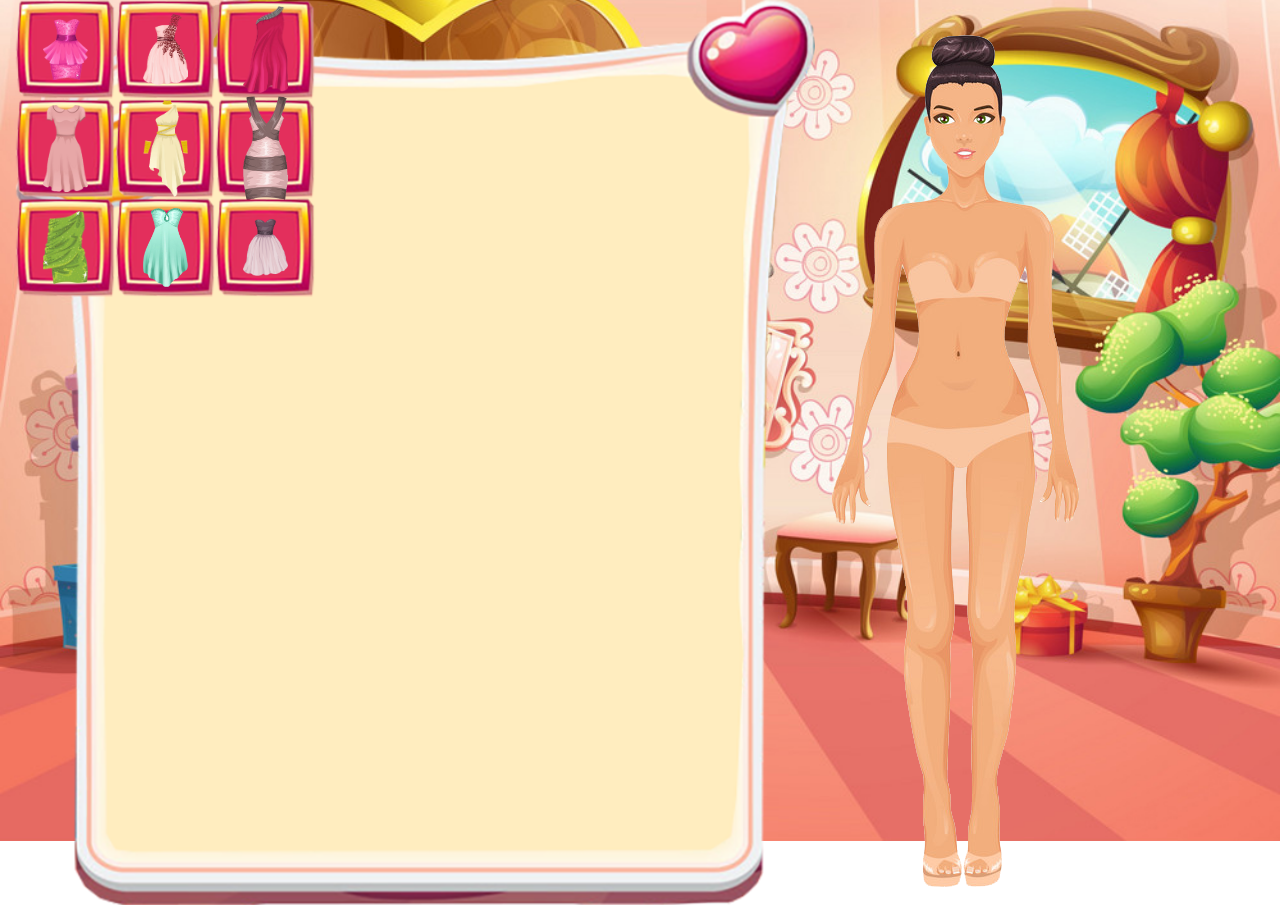
Repository: bunbubam/GameThayDoReactjs_NguyenKhacNghia
Page: /
The author's editor kept a copy of each file at every save. The page is drawn from the files as they stood at one save, then again after the next save.
The browser window is 1280 px wide. The pictures show the whole page.
The project was rebuilt for these pictures with package versions that can differ from the ones it lists, and the page was loaded fresh each time.

Above is the page before, as saved 2022-03-30 16:00:31.

### public/index.html
<!doctype html>
<html lang="en">
  <head>
    <title>GameThaydo</title>
    <!-- Required meta tags -->
    <meta charset="utf-8">
    <meta name="viewport" content="width=device-width, initial-scale=1, shrink-to-fit=no">

    <!-- Bootstrap CSS -->
    <link rel="stylesheet" href="https://stackpath.bootstrapcdn.com/bootstrap/4.3.1/css/bootstrap.min.css" integrity="sha384-ggOyR0iXCbMQv3Xipma34MD+dH/1fQ784/j6cY/iJTQUOhcWr7x9JvoRxT2MZw1T" crossorigin="anonymous">
  </head>
  <body>
    <div id="root"></div>
    <!-- Optional JavaScript -->
    <!-- jQuery first, then Popper.js, then Bootstrap JS -->
    <script src="https://code.jquery.com/jquery-3.3.1.slim.min.js" integrity="sha384-q8i/X+965DzO0rT7abK41JStQIAqVgRVzpbzo5smXKp4YfRvH+8abtTE1Pi6jizo" crossorigin="anonymous"></script>
    <script src="https://cdnjs.cloudflare.com/ajax/libs/popper.js/1.14.7/umd/popper.min.js" integrity="sha384-UO2eT0CpHqdSJQ6hJty5KVphtPhzWj9WO1clHTMGa3JDZwrnQq4sF86dIHNDz0W1" crossorigin="anonymous"></script>
    <script src="https://stackpath.bootstrapcdn.com/bootstrap/4.3.1/js/bootstrap.min.js" integrity="sha384-JjSmVgyd0p3pXB1rRibZUAYoIIy6OrQ6VrjIEaFf/nJGzIxFDsf4x0xIM+B07jRM" crossorigin="anonymous"></script>
  </body>
</html>

### src/App.js
import logo from './logo.svg';
import './App.css';
import Dress from './gamethaydo/dress';

function App() {
  return (
    <Dress></Dress>
  );
}

export default App;

### src/App.css
body {
    background: url(gamethaydo/images/dress-room.jpg) no-repeat;
    background-position: 50% 53%;
    background-size: cover;
}
.dress-main .row {height: 100vh;}
.girl img {
    position: absolute;
    bottom: 2%;
    left: 30%;
}
.clothing-box {
    background: url(gamethaydo/images/box.png) no-repeat;
    background-position: 50% 50%;
    background-size: cover;
    width: 800px;
    height: 905px;
}
.clothing-item {
    background: url(gamethaydo/images/menu.png) no-repeat;
    width: 100px;
    height: 99px;
}
.clothing-item img {width: 45%;}

### src/gamethaydo/dress.js
import React, {Component} from 'react';
import Girl from './images/girl.png';
import Clothing1 from './images/trangphuc1.png';
import Clothing2 from './images/trangphuc2.png';
import Clothing3 from './images/trangphuc3.png';
import Clothing4 from './images/trangphuc4.png';
import Clothing5 from './images/trangphuc5.png';
import Clothing6 from './images/trangphuc6.png';
import Clothing7 from './images/trangphuc7.png';
import Clothing8 from './images/trangphuc8.png';
import Clothing9 from './images/trangphuc9.png';
import Clothing10 from './images/trangphuc10.png';

class Dress extends Component {
    state = {
        girl : Girl,
        clothing : Girl

    }
changeClothing = (imgs) => {
        return(
            this.setState({
                clothing : imgs
            })
        )
    }
    render() {
        return(
            <div className='container-fluid'>
                <div className='dress-main'>
                    <div className='row'>
                        <div className='col-12 col-xl-6 block-left'>
                            <div className='clothing-box position-relative'>
                                <div className='clothing-flex d-flex flex-direction-row justify-content-space-around lign-items-baseline'>
                                    <div className='clothing-item d-flex flex-direction-row justify-content-center align-items-center'>
                                        <img onClick={()=>this.changeClothing(Clothing1)} src={require('./images/trangphuc1.png')} className='img-fluid'/>
                                    </div>
                                    <div className='clothing-item d-flex flex-direction-row justify-content-center align-items-center'>
                                        <img onClick={()=>this.changeClothing(Clothing2)} src={require('./images/trangphuc2.png')} className='img-fluid'/>
                                    </div>
                                    <div className='clothing-item d-flex flex-direction-row justify-content-center align-items-center'>
                                        <img onClick={()=>this.changeClothing(Clothing3)} src={require('./images/trangphuc3.png')} className='img-fluid'/>
                                    </div>
                                </div>
                                <div className='clothing-flex d-flex flex-direction-row justify-content-space-around lign-items-baseline'>
                                    <div className='clothing-item d-flex flex-direction-row justify-content-center align-items-center'>
                                        <img onClick={()=>this.changeClothing(Clothing4)} src={require('./images/trangphuc4.png')} className='img-fluid'/>
                                    </div>
                                    <div className='clothing-item d-flex flex-direction-row justify-content-center align-items-center'>
                                        <img onClick={()=>this.changeClothing(Clothing10)} src={require('./images/trangphuc10.png')} className='img-fluid'/>
                                    </div>
                                    <div className='clothing-item d-flex flex-direction-row justify-content-center align-items-center'>
                                        <img onClick={()=>this.changeClothing(Clothing6)} src={require('./images/trangphuc6.png')} className='img-fluid'/>
                                    </div>
                                </div>
                                <div className='clothing-flex d-flex flex-direction-row justify-content-space-around lign-items-baseline'>
                                    <div className='clothing-item d-flex flex-direction-row justify-content-center align-items-center'>
                                        <img onClick={()=>this.changeClothing(Clothing7)} src={require('./images/trangphuc7.png')} className='img-fluid'/>
                                    </div>
                                    <div className='clothing-item d-flex flex-direction-row justify-content-center align-items-center'>
                                        <img onClick={()=>this.changeClothing(Clothing8)} src={require('./images/trangphuc8.png')} className='img-fluid'/>
                                    </div>
                                    <div className='clothing-item d-flex flex-direction-row justify-content-center align-items-center'>
                                        <img onClick={()=>this.changeClothing(Clothing9)} src={require('./images/trangphuc9.png')} className='img-fluid'/>
                                    </div>
                                </div>
                            </div>
                        </div>
                        <div className='col-12 col-xl-6 block-right position-relative'>
                            <div className='girl'>
                                <img src={this.state.girl} className='img-fluid'/>
                                <img src={this.state.clothing} className='img-fluid'/>
                            </div>
                        </div>
                    </div>
                </div>
            </div>
        )
    };
}
export default Dress;

Loaded but not shown: src/index.js (common file); src/index.css (common file); src/reportWebVitals.js (common file)

After the next save:
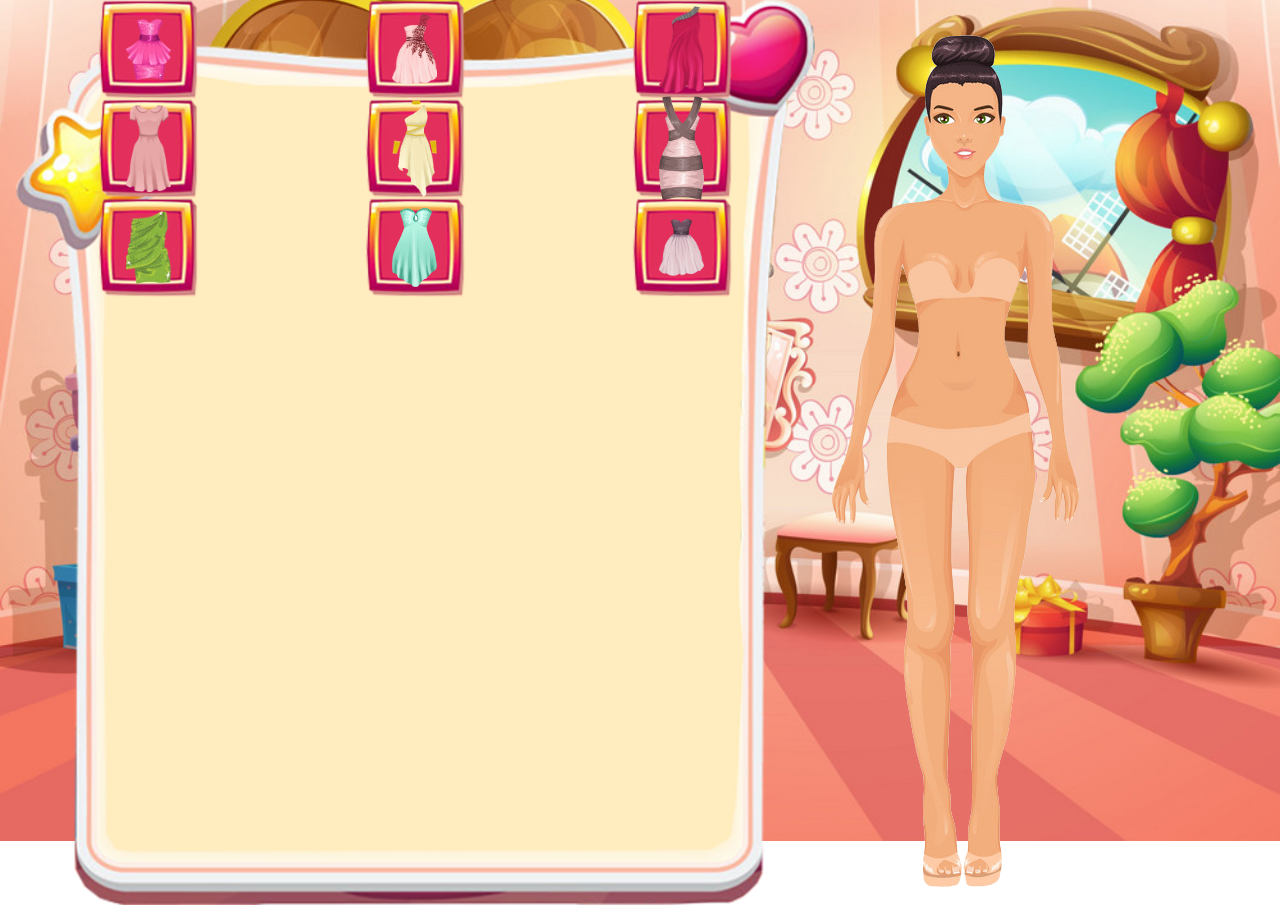
Saved 53 s later.
--- a/src/gamethaydo/dress.js
+++ b/src/gamethaydo/dress.js
@@ -31,7 +31,7 @@ changeClothing = (imgs) => {
                     <div className='row'>
                         <div className='col-12 col-xl-6 block-left'>
                             <div className='clothing-box position-relative'>
-                                <div className='clothing-flex d-flex flex-direction-row justify-content-space-around lign-items-baseline'>
+                                <div className='clothing-flex d-flex flex-direction-row justify-content-around lign-items-baseline'>
                                     <div className='clothing-item d-flex flex-direction-row justify-content-center align-items-center'>
                                         <img onClick={()=>this.changeClothing(Clothing1)} src={require('./images/trangphuc1.png')} className='img-fluid'/>
                                     </div>
@@ -42,7 +42,7 @@ changeClothing = (imgs) => {
                                         <img onClick={()=>this.changeClothing(Clothing3)} src={require('./images/trangphuc3.png')} className='img-fluid'/>
                                     </div>
                                 </div>
-                                <div className='clothing-flex d-flex flex-direction-row justify-content-space-around lign-items-baseline'>
+                                <div className='clothing-flex d-flex flex-direction-row justify-content-around lign-items-baseline'>
                                     <div className='clothing-item d-flex flex-direction-row justify-content-center align-items-center'>
                                         <img onClick={()=>this.changeClothing(Clothing4)} src={require('./images/trangphuc4.png')} className='img-fluid'/>
                                     </div>
@@ -53,7 +53,7 @@ changeClothing = (imgs) => {
                                         <img onClick={()=>this.changeClothing(Clothing6)} src={require('./images/trangphuc6.png')} className='img-fluid'/>
                                     </div>
                                 </div>
-                                <div className='clothing-flex d-flex flex-direction-row justify-content-space-around lign-items-baseline'>
+                                <div className='clothing-flex d-flex flex-direction-row justify-content-around lign-items-baseline'>
                                     <div className='clothing-item d-flex flex-direction-row justify-content-center align-items-center'>
                                         <img onClick={()=>this.changeClothing(Clothing7)} src={require('./images/trangphuc7.png')} className='img-fluid'/>
                                     </div>
